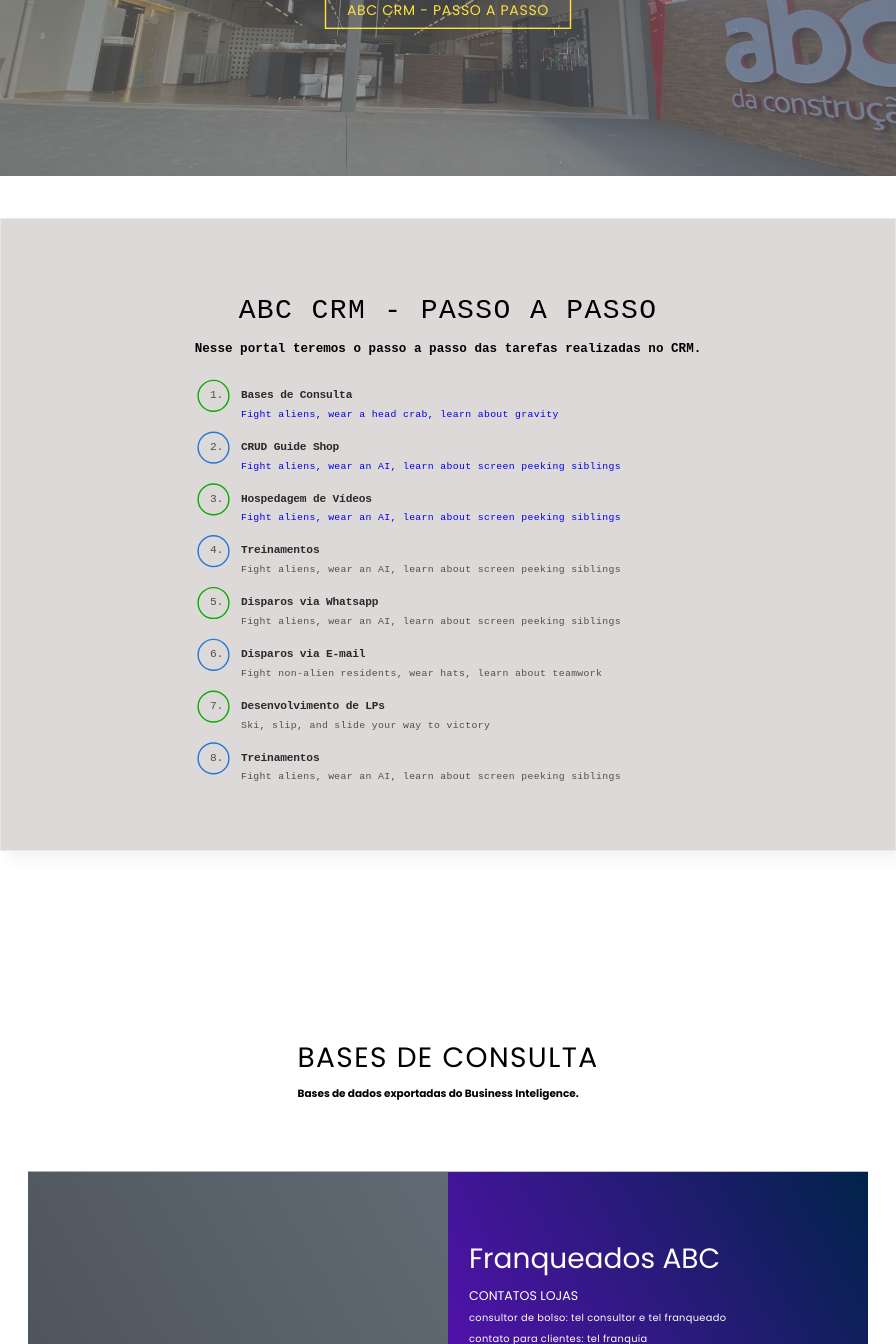
Repository: douglasabnovato/apresentacao
Page: index.html
These files come from the project's save history. The page is drawn as it stood at one moment and after the next save; the edit follows.
The browser window is 1280 px wide. The pictures show the part of the page from y = 469 to 2389 px (the page is 5742 px tall), at 70% of full size.
Pictures or frames that could not be fetched are drawn as grey boxes.

Above is the page before, as saved 2025-01-14 15:45:08.

After the next save:
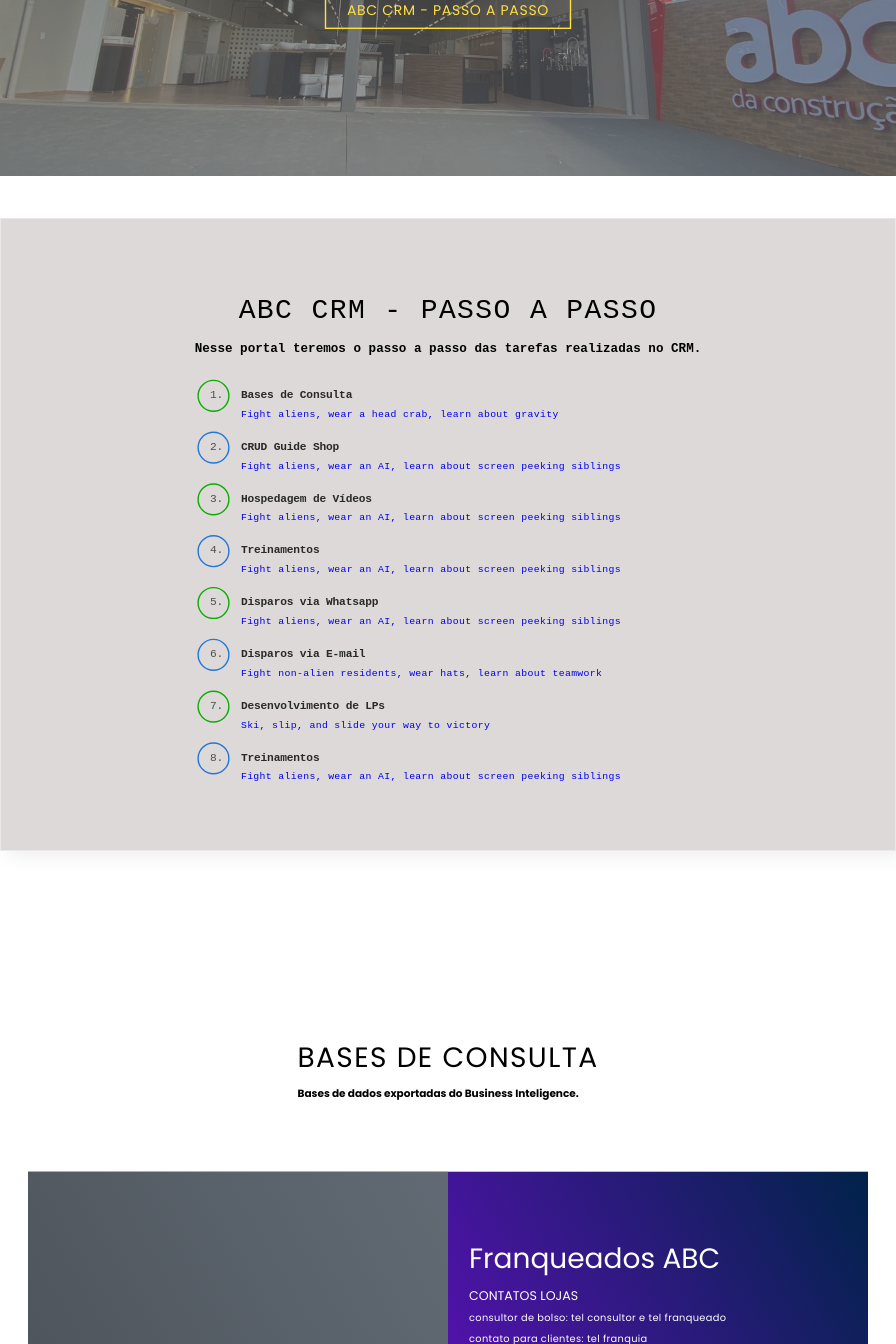
Saved 48 s later.
--- a/index.html
+++ b/index.html
@@ -42,26 +42,26 @@
                 <p>Fight aliens, wear an AI, learn about screen peeking siblings</p>
               </a>
             </li>
-            <li>
+            <li><a href="#project-3">
               <strong>Treinamentos</strong>
               <p>Fight aliens, wear an AI, learn about screen peeking siblings</p>
-            </li>
-            <li>
+            </a></li>
+            <li><a href="#project-3">
               <strong>Disparos via Whatsapp</strong>
               <p>Fight aliens, wear an AI, learn about screen peeking siblings</p>
-            </li>
-            <li>
+            </a></li>
+            <li><a href="#project-3">
               <strong>Disparos via E-mail</strong>
               <p>Fight non-alien residents, wear hats, learn about teamwork</p>
-            </li>
-            <li>
+            </a></li>
+            <li><a href="#project-3">
               <strong>Desenvolvimento de LPs</strong>
               <p>Ski, slip, and slide your way to victory</p>
-            </li>
-            <li>
+            </a></li>
+            <li><a href="#project-3">
               <strong>Treinamentos</strong>
               <p>Fight aliens, wear an AI, learn about screen peeking siblings</p>
-            </li>
+            </a></li>
           </ol>
         </div>
       </div>
